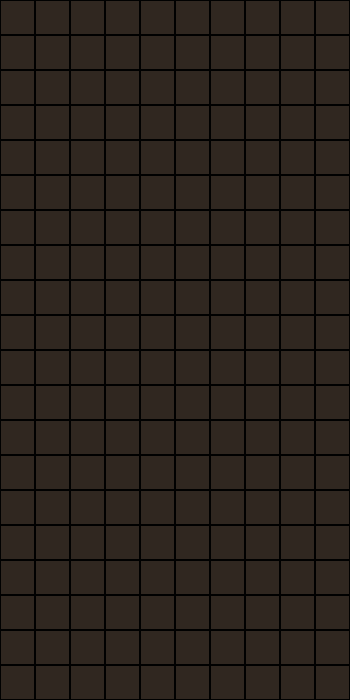
Repository: lucacdev/Tetris
Script's output: python main.py
The author's editor kept a copy of each file at every save. The script's output is drawn from the files as they stood at one save, then again after the next save.
The window is shown after at most 60 frames with no key pressed. Random numbers start from a fixed seed.

Above is the script's output before, as saved 2024-02-29 18:18:51.

After the next save:
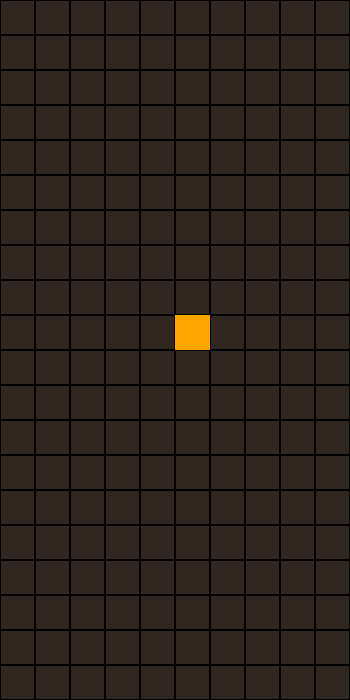
Saved 5 min 25 s later.
--- a/tetromino.py
+++ b/tetromino.py
@@ -1,11 +1,20 @@
 from settings import *
 
-class Block:
-    pass
+class Block(pg.sprite.Sprite):
+    def __init__(self, tetromino, pos):
+        self.tetromino = tetromino
+
+        super().__init__(tetromino.tetris.sprite_group)
+        self.image = pg.Surface([TILE_SIZE, TILE_SIZE])
+        self.image.fill('orange')
+
+        self.rect = self.image.get_rect()
+        self.rect.topleft = pos[0] * TILE_SIZE, pos[1] * TILE_SIZE
 
 class Tetromino:
     def __init__(self, tetris):
         self.tetris = tetris
+        Block(self, (5, 9))
 
     def update(self):
         pass
